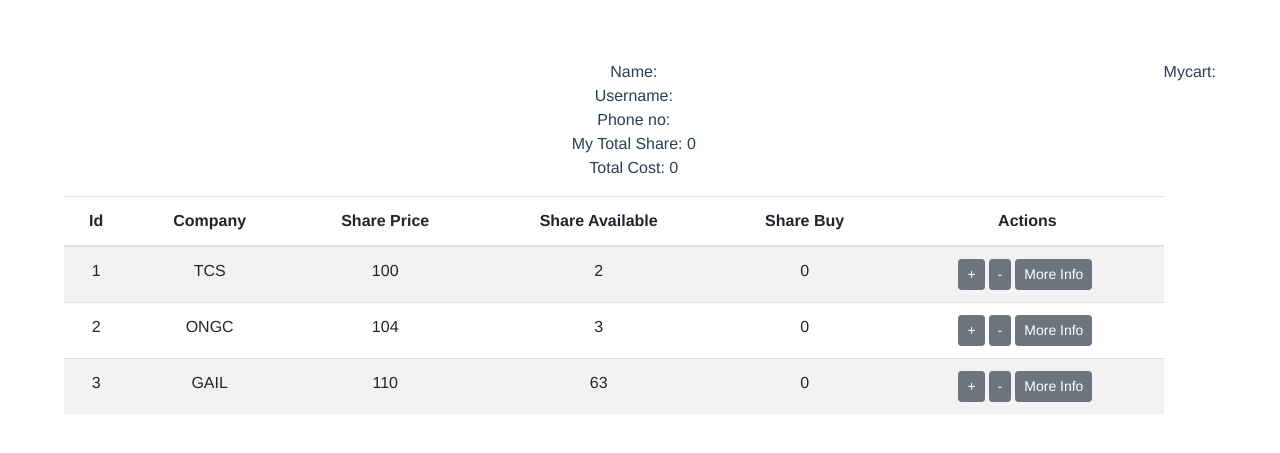
Repository: rupeshpawar93/vue-profile
Page: /portfolio/detail
An editor plug-in stored every save of this project. The page is shown before and after the next save, followed by the edit.
The browser window is 1280 px wide. The pictures show the whole page.
The project was rebuilt for these pictures with package versions that can differ from the ones it lists, and the page was loaded fresh each time. Also part of the build but not shown: webpack.config.js, src/components/Portfolio.vue, src/components/Company.vue.

Above is the page before, as saved 2019-11-04 17:30:45.

After the next save:
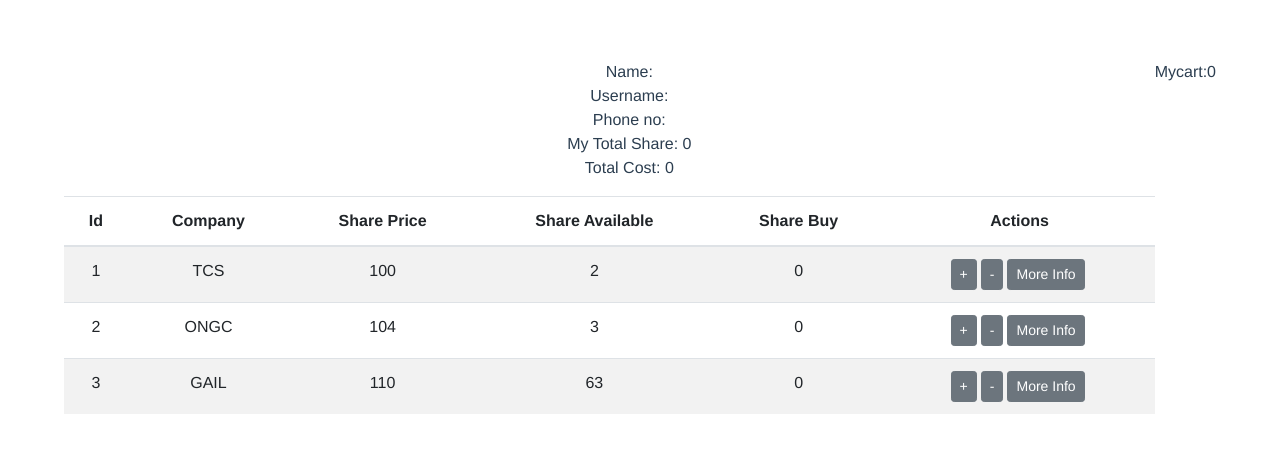
Saved 3 min 1 s later.
--- a/src/components/Mycart.vue
+++ b/src/components/Mycart.vue
@@ -32,6 +32,11 @@ export default {
             this.profile =  response.data;
         });
     },
+    computed: {
+        myshare() {
+            return this.$store.state.myshare
+        }
+    },
     methods: {
         // mycart(val) {
         //     this.share=val
